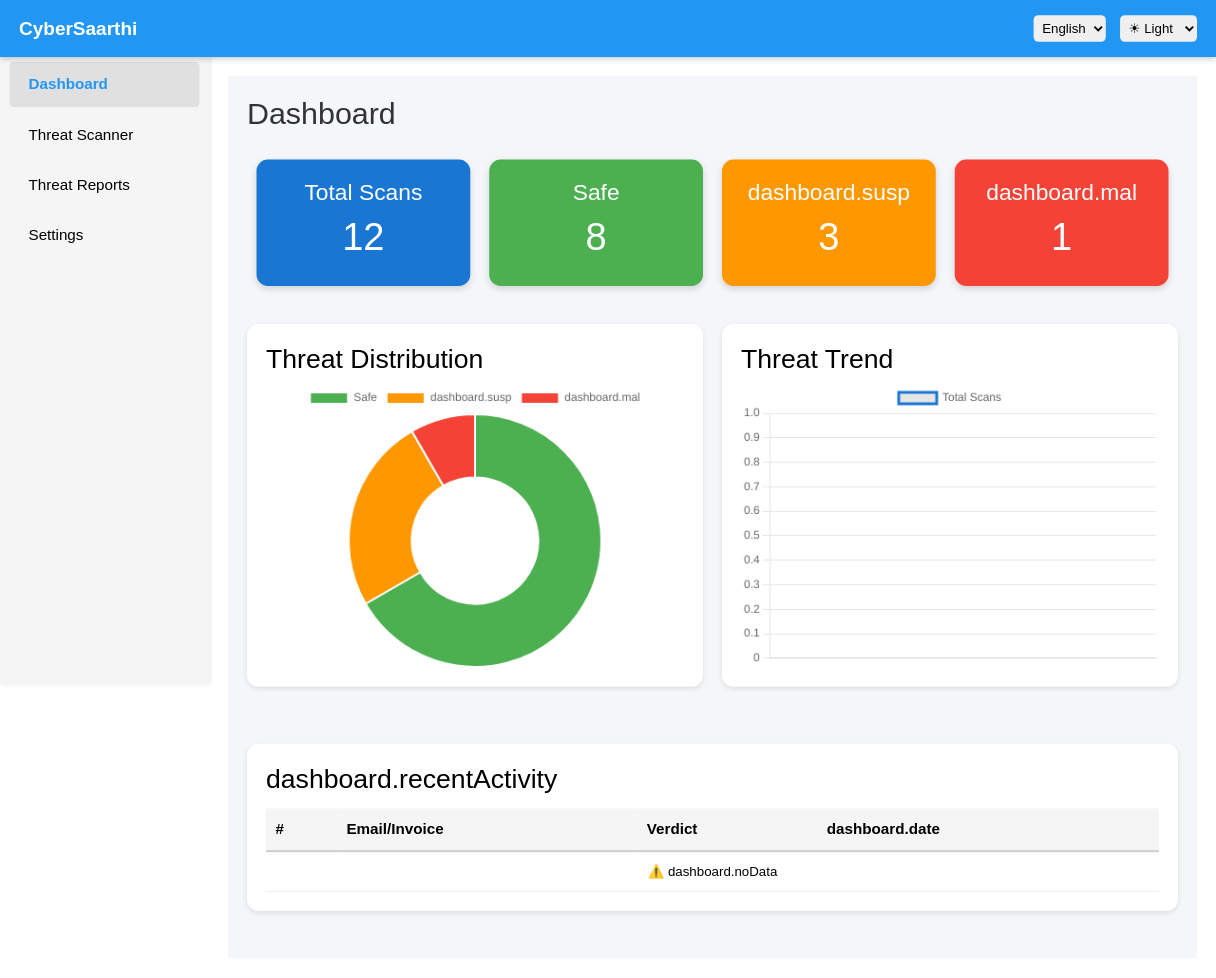
Repository: riyaaaa19/CyberSaarthi
Page: /dashboard (app in frontend/)
An editor plug-in stored every save of this project. The page is shown before and after the next save, followed by the edit.
The browser window is 1280 px wide. The pictures show the whole page, at 95% of full size.
The page's requests for data from a server got no answer. The project was rebuilt for these pictures with package versions that can differ from the ones it lists, and the page was loaded fresh each time. No one was signed in, and anything a server would have sent is missing. Also part of the build but not shown: frontend/vite.config.ts, frontend/src/pages/Scanner.js, frontend/src/pages/Reports.js, frontend/src/pages/Settings.js.

Above is the page before, as saved 2025-08-21 19:13:32.

After the next save:
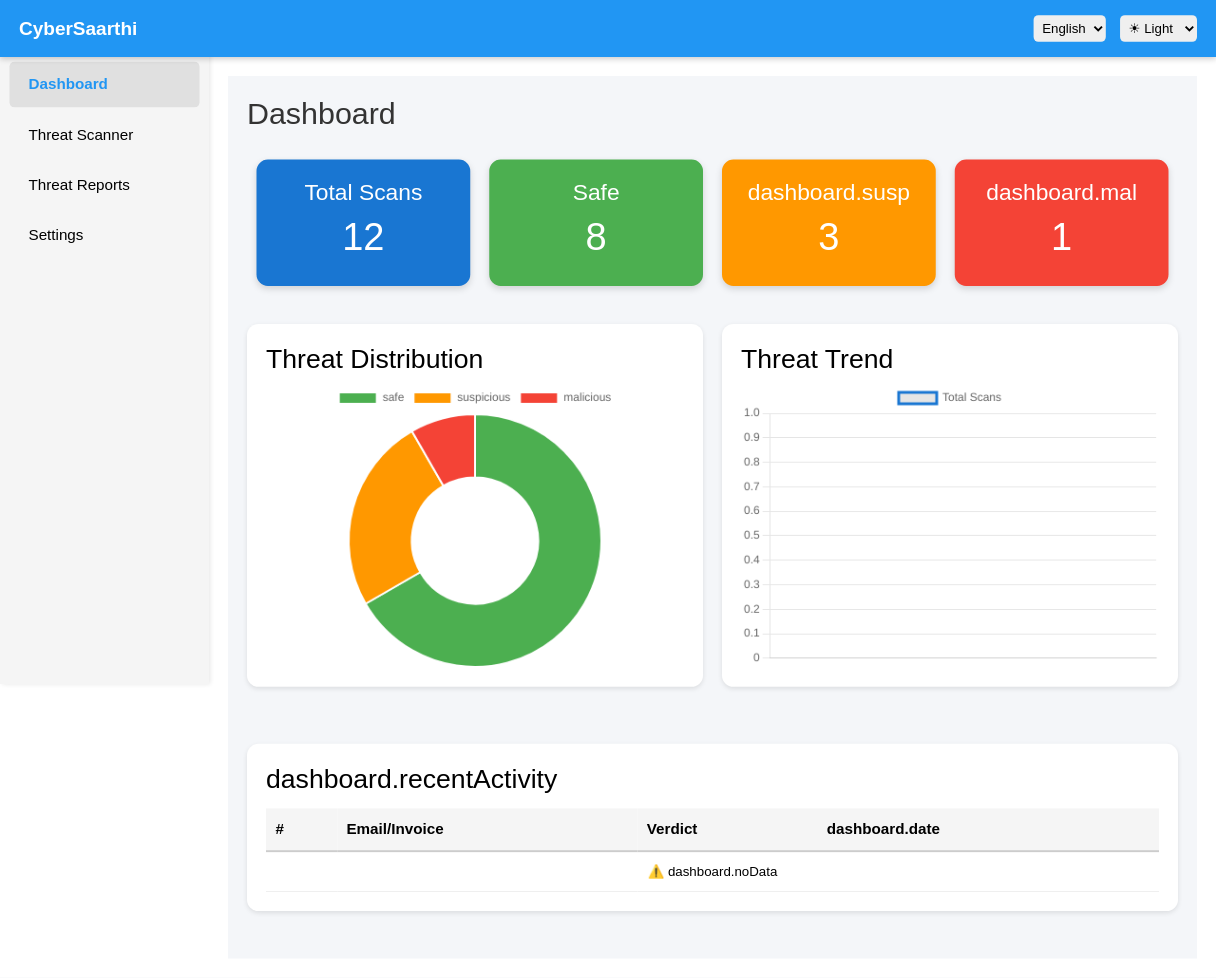
Saved 2 min 27 s later.
--- a/frontend/src/pages/Dashboard.js
+++ b/frontend/src/pages/Dashboard.js
@@ -62,7 +62,7 @@ function Dashboard() {
 
   // Chart data
   const doughnutData = {
-    labels: [t("dashboard.safe"), t("dashboard.susp"), t("dashboard.mal")],
+    labels: [t("safe"), t("suspicious"), t("malicious")],
     datasets: [
       {
         data: [summary.safe, summary.suspicious, summary.malicious],
